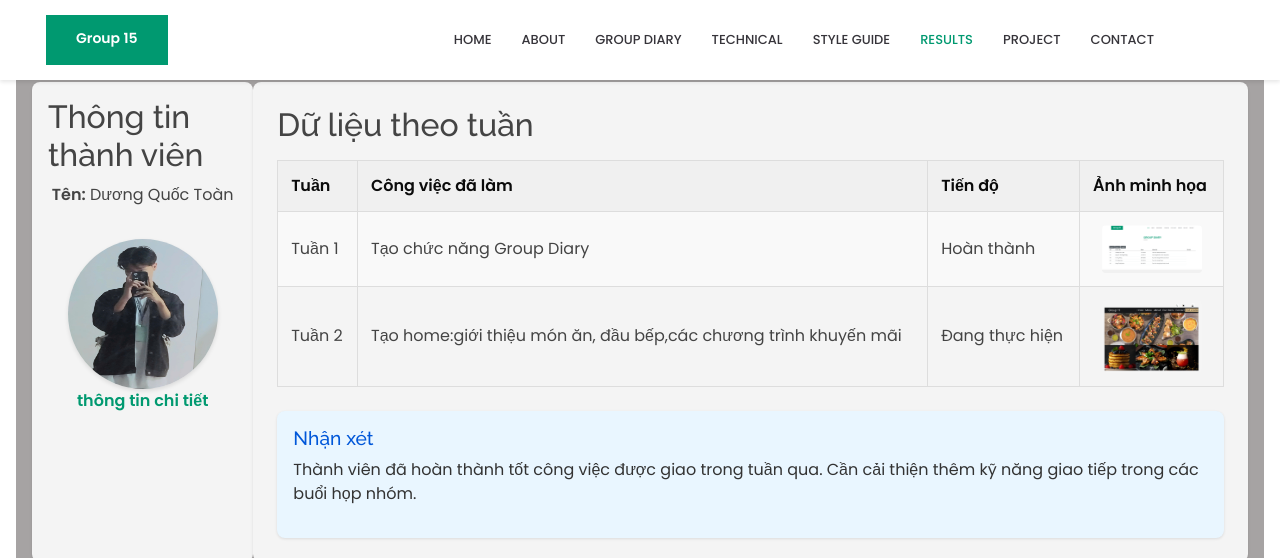
Repository: HoangKhangKhuPho4/Group_Web
Page: results.html
An editor plug-in stored every save of this project. The page is shown before and after the next save, followed by the edit.
The browser window is 1280 px wide. The pictures show the part of the page from y = 0 to 558 px (the page is 3187 px tall before and 3500 px after).
A picture or video elsewhere on the page could not be fetched, so the positions and the page height are approximate.

Above is the page before, as saved 2025-01-18 20:21:06.

### results.html
<!DOCTYPE html>
<html lang="en">
<head>
    <meta charset="UTF-8">
    <meta name="viewport" content="width=device-width, initial-scale=1.0">
    <title>Thông tin thành viên</title>
    <!-- Favicons -->
    <link href="assets/img/favicon.png" rel="icon" />
    <link href="assets/img/apple-touch-icon.png" rel="apple-touch-icon" />

    <!-- Google Fonts -->
    <link
      href="https://fonts.googleapis.com/css?family=Open+Sans:300,300i,400,400i,600,600i,700,700i|Raleway:300,300i,400,400i,500,500i,600,600i,700,700i|Poppins:300,300i,400,400i,500,500i,600,600i"
      rel="stylesheet"
    />

    <!-- Vendor CSS Files -->
    <link href="assets/vendor/aos/aos.css" rel="stylesheet" />
    <link
      href="assets/vendor/bootstrap/css/bootstrap.min.css"
      rel="stylesheet"
    />
    <link
      href="assets/vendor/bootstrap-icons/bootstrap-icons.css"
      rel="stylesheet"
    />
    <link href="assets/vendor/boxicons/css/boxicons.min.css" rel="stylesheet" />
    <link
      href="assets/vendor/glightbox/css/glightbox.min.css"
      rel="stylesheet"
    />
    <link href="assets/vendor/remixicon/remixicon.css" rel="stylesheet" />
    <link href="assets/vendor/swiper/swiper-bundle.min.css" rel="stylesheet" />

    <!-- Bootstrap Icons -->
    <link
      href="https://cdn.jsdelivr.net/npm/bootstrap-icons@1.10.5/font/bootstrap-icons.css"
      rel="stylesheet"
    />

    <!-- Template Main CSS File -->
    <link href="assets/css/style.css" rel="stylesheet" />
    <link rel="stylesheet" href="css\result.css">
</head>
<body>
    <!-- ======= Header ======= -->
    <header id="header" class="fixed-top d-flex align-items-center">
        <div class="container-header">
            <div class="header-container d-flex align-items-center justify-content-between">
                <div class="logo">
                    <h1 class="text-light">
                        <a href="index.html"><span>Group 15</span></a>
                    </h1>
                </div>

                <nav id="navbar" class="navbar">
                    <ul>
                        <li>
                            <a class="nav-link scrollto " href="index.html">Home</a>
                        </li>
                        <li><a class="nav-link scrollto" href="about.html">About</a></li>
                        <li>
                            <a class="nav-link scrollto" href="groupDiary.html">Group Diary</a>
                        </li>
                        <li>
                            <a class="nav-link scrollto" href="technical.html">Technical</a>
                        </li>
                        <li>
                            <a class="nav-link scrollto" href="styleguide.html">Style Guide</a>
                        </li>
                        <li>
                            <a class="nav-link scrollto active" href="results.html">Results</a>
                        </li>
                        <li>
                            <a class="nav-link scrollto" href="project.html">Project</a>
                        </li>
                        <li>
                            <a class="nav-link scrollto" href="contact.html">Contact</a>
                        </li>
                    </ul>
                    <i class="bi bi-list mobile-nav-toggle"></i>
                </nav>
                <!-- .navbar -->
            </div>
            <!-- End Header Container -->
        </div>
    </header>

    <div class="container-content">
        <div class="main-content">
            <div class="member-info">
                <h2>Thông tin thành viên</h2>
                <div class="member-card">
                    <p><strong>Tên:</strong> Dương Quốc Toàn</p>
                    <img src="assets/img/team/team-1.jpg" alt="Ảnh thành viên" class="member-photo">
                    <p><strong><a href="https://www.facebook.com/share/KgZ8NYxNgyUj9bbq/">thông tin chi tiết</a></strong></p>
                </div>
            </div>
            <div class="weekly-data">
                <h2>Dữ liệu theo tuần</h2>
                <table>
                    <thead>
                        <tr>
                            <th>Tuần</th>
                            <th>Công việc đã làm</th>
                            <th>Tiến độ</th>
                            <th>Ảnh minh họa</th>
                        </tr>
                    </thead>
                    <tbody>
                        <tr>
                            <td>Tuần 1</td>
                            <td>Tạo chức năng Group Diary</td>
                            <td>Hoàn thành</td>
                            <td>
                                <img src="img\project\groupDiary.png" alt="Ảnh tuần 1" class="week-photo">
                            </td>
                        </tr>
                        <tr>
                            <td>Tuần 2</td>
                            <td>Tạo home:giới thiệu món ăn, đầu bếp,các chương trình khuyến mãi</td>
                            <td>Đang thực hiện</td>
                            <td>
                                <img src="assets\img\project\Home_Group11_Figma.jpg" alt="Ảnh tuần 2" class="week-photo">
                            </td>
                        </tr>
                    </tbody>
                </table>
                <div class="feedback">
                    <h3>Nhận xét</h3>
                    <p>Thành viên đã hoàn thành tốt công việc được giao trong tuần qua. Cần cải thiện thêm kỹ năng giao tiếp trong các buổi họp nhóm.</p>
                </div>
            </div>
        </div>
        <div class="main-content">
            <div class="member-info">
                <h2>Thông tin thành viên</h2>
                <div class="member-card">
                    <p><strong>Tên:</strong> Đặng Thị Mỹ Hạnh</p>
                    <img src="assets/img/team/team-2.jpg" alt="Ảnh thành viên" class="member-photo">
                    <p><strong><a href="https://www.facebook.com/profile.php?id=100024623842401">thông tin chi tiết</a></strong></p>
                </div>
            </div>
            <div class="weekly-data">
                <h2>Dữ liệu theo tuần</h2>
                <table>
                    <thead>
                        <tr>
                            <th>Tuần</th>
                            <th>Công việc đã làm</th>
                            <th>Tiến độ</th>
                            <th>Ảnh minh họa</th>
                        </tr>
                    </thead>
                    <tbody>
                        <tr>
                            <td>Tuần 1</td>
                            <td>Tạo chức năng Style Guide, Result</td>
                            <td>Hoàn thành</td>
                            <td>
                                <img src="img\project\styleGiay.png" alt="Ảnh tuần 1" class="week-photo">
                            </td>
                        </tr>
                        <tr>
                            <td>Tuần 2</td>
                            <td>Tạo chức năng contact, đặt hàng online</td>
                            <td>Đang thực hiện</td>
                            <td>
                                <img src="img\project\contactFigma.jpg" alt="Ảnh tuần 2" class="week-photo">
                            </td>
                        </tr>
                    </tbody>
                </table>
                <div class="feedback">
                    <h3>Nhận xét</h3>
                    <p>Thành viên đã hoàn thành tốt công việc được giao trong tuần qua. Cần cải thiện thêm kỹ năng giao tiếp trong các buổi họp nhóm.</p>
                </div>
            </div>
        </div>
        <div class="main-content">
            <div class="member-info">
                <h2>Thông tin thành viên</h2>
                <div class="member-card">
                    <p><strong>Tên:</strong> Nguyễn Lê Hoàng Khang</p>
                    <img src="assets/img/team/team-3.png" alt="Ảnh thành viên" class="member-photo">
                    <p>
                        <strong>
                            <a href="https://www.facebook.com/profile.php?id=100088292157574&locale=vi_VN">Thông tin chi tiết</a>
                        </strong>
                    </p>
                    <p>
                        <strong>
                            <a href="result.html" class="btn btn-success">Result</a>
                        </strong>
                    </p>
                </div>
            </div>
            <div class="weekly-data">
                <h2>Dữ liệu theo tuần</h2>
                <div class="table-responsive">
                    <table class="table table-bordered text-center align-middle">
                        <thead class="table-light">
                            <tr>
                                <th>Tuần</th>
                                <th>Group Web</th>
                                <th>Project Web</th>
                                <th>Contribute to Group Web</th>
                                <th>Contribute to Project Web</th>
                                <th>Tiến độ</th>
                                <th>Ảnh minh họa</th>
                            </tr>
                        </thead>
                        <tbody>
                            <tr>
                                <td>Tuần 1</td>
                                <td>
                                    <a href="home.html">Tạo trang Home</a>,
                                    <a href="about.html">Chức năng About</a>
                                </td>
                                <td>Chưa thực hiện</td>
                                <td>
                                    <ul class="list-unstyled mb-0">
                                        <li>Thiết kế giao diện người dùng</li>
                                        <li>Phối hợp với backend</li>
                                    </ul>
                                </td>
                                <td>Chưa thực hiện</td>
                                <td>
                                    <div class="progress" style="height: 20px;">
                                        <div class="progress-bar bg-success" role="progressbar" style="width: 20%;" aria-valuenow="20" aria-valuemin="0" aria-valuemax="100">20%</div>
                                    </div>
                                </td>
                                <td>
                                    <img src="img/project/home.png" alt="Ảnh tuần 1" class="week-photo img-fluid">
                                </td>
                            </tr>
                            <tr>
                                <td>Tuần 2</td>
                                <td>Chưa thực hiện</td>
                                <td>
                                    <a href="blog.html">Tạo blog</a>,
                                    <a href="menu.html">Menu: Xem chi tiết món ăn</a>,
                                    <a href="payment.html">Thanh toán</a>,
                                    <a href="cart.html">Thêm vào giỏ Hàng</a>,
                                    <a href="service.html">Dịch Vụ</a>
                                </td>
                                <td>Chưa thực hiện</td>
                                <td>
                                    <ul class="list-unstyled mb-0">
                                        <li>Phát triển API cho dịch vụ</li>
                                        <li>Kiểm thử tính năng đặt hàng online</li>
                                    </ul>
                                </td>
                                <td>
                                    <div class="progress" style="height: 20px;">
                                        <div class="progress-bar bg-success" role="progressbar" style="width: 20%;" aria-valuenow="20" aria-valuemin="0" aria-valuemax="100">20%</div>
                                    </div>
                                </td>
                                <td>
                                    <img src="img/project/bolg.png" alt="Ảnh tuần 2" class="week-photo img-fluid">
                                </td>
                            </tr>
                            <!-- Thêm các hàng khác nếu cần -->
                        </tbody>
                    </table>
                </div>
                <div class="feedback mt-4">
                    <h3>Nhận xét</h3>
                    <p>Thành viên đã hoàn thành tốt công việc được giao trong tuần qua. Cần cải thiện thêm kỹ năng giao tiếp trong các buổi họp nhóm.</p>
                </div>
            </div>
        </div>
        <div class="main-content">
            <div class="member-info">
                <h2>Thông tin thành viên</h2>
                <div class="member-card">
                    <p><strong>Tên:</strong> Võ Hoàng Nam</p>
                    <img src="assets/img/team/team-4.jpg" alt="Ảnh thành viên" class="member-photo">
                    <p><strong><a href="https://www.facebook.com/profile.php?id=100053449847355&mibextid=kFxxJD">thông tin chi tiết</a></strong></p>
                </div>
            </div>
            <div class="weekly-data">
                <h2>Dữ liệu theo tuần</h2>
                <table>
                    <thead>
                        <tr>
                            <th>Tuần</th>
                            <th>Công việc đã làm</th>
                            <th>Tiến độ</th>
                            <th>Ảnh minh họa</th>
                        </tr>
                    </thead>
                    <tbody>
                        <tr>
                            <td>Tuần 1</td>
                            <td>Tạo chức năng Project</td>
                            <td>Hoàn thành</td>
                            <td>
                                <img src="img\project\project.png" alt="Ảnh tuần 1" class="week-photo">
                            </td>
                        </tr>
                        <tr>
                            <td>Tuần 2</td>
                            <td>Tạo chức năng book a table, search</td>
                            <td>Hoàn thành</td>
                            <td>
                                <img src="img\project\bookATable.png" alt="Ảnh tuần 2" class="week-photo">
                            </td>
                        </tr>
                    </tbody>
                </table>
                <div class="feedback">
                    <h3>Nhận xét</h3>
                    <p>Thành viên đã hoàn thành tốt công việc được giao trong tuần qua. Cần cải thiện thêm kỹ năng giao tiếp trong các buổi họp nhóm.</p>
                </div>
            </div>
        </div>
        <div class="main-content">
            <div class="member-info">
                <h2>Thông tin thành viên</h2>
                <div class="member-card">
                    <p><strong>Tên:</strong> Hà Huy Dũng</p>
                    <img src="assets/img/team/team-5.jpg" alt="Ảnh thành viên" class="member-photo">
                    <p><strong><a href="https://www.facebook.com/profile.php?id=100010432057735">thông tin chi tiết</a></strong></p>
                </div>
            </div>
            <div class="weekly-data">
                <h2>Dữ liệu theo tuần</h2>
                <table>
                    <thead>
                        <tr>
                            <th>Tuần</th>
                            <th>Công việc đã làm</th>
                            <th>Tiến độ</th>
                            <th>Ảnh minh họa</th>
                        </tr>
                    </thead>
                    <tbody>
                        <tr>
                            <td>Tuần 1</td>
                            <td>Tạo chức năng Technical, contact</td>
                            <td>Hoàn thành</td>
                            <td>
                                <img src="img\project\contact.png" alt="Ảnh tuần 1" class="week-photo">
                            </td>
                        </tr>
                        <tr>
                            <td>Tuần 2</td>
                            <td>Tạo chức năng login, thông tin khách hàng</td>
                            <td>Hoàn thành</td>
                            <td>
                                <img src="img\project\login1.jpg" alt="Ảnh tuần 2" class="week-photo">
                            </td>
                        </tr>
                    </tbody>
                </table>
                <div class="feedback">
                    <h3>Nhận xét</h3>
                    <p>Thành viên đã hoàn thành tốt công việc được giao trong tuần qua. Cần cải thiện thêm kỹ năng giao tiếp trong các buổi họp nhóm.</p>
                </div>
            </div>
        </div>
        <!-- End Contact Section -->
    <footer id="footer">
        <div class="footer-container">
            <div class="footer-column">
                <h4>About Us</h4>
                <p>
                    We are a team of passionate individuals dedicated to delivering the
                    best services to our clients. Our mission is to provide innovative
                    solutions and exceptional customer service.
                </p>
            </div>
            <div class="footer-column">
                <h4>Useful Links</h4>
                <ul>
                    <li><a href="index.html">Home</a></li>
                    <li><a href="about.html">About Us</a></li>
                    <li><a href="services.html">Services</a></li>
                    <li><a href="terms.html">Terms of Service</a></li>
                    <li><a href="privacy.html">Privacy Policy</a></li>
                </ul>
            </div>
            <div class="footer-column">
                <h4>Services</h4>
                <ul>
                    <li><a href="#">Web Design</a></li>
                    <li><a href="#">Web Development</a></li>
                    <li><a href="#">Marketing</a></li>
                    <li><a href="#">Graphic Design</a></li>
                    <li><a href="#">Technical Support</a></li>
                </ul>
            </div>
            <div class="footer-column">
                <h4>Contact Us</h4>
                <p>
                    123 ABC Street, XYZ District<br />
                    City, Country<br />
                    Phone: +84 123 456 789<br />
                    Email: info@example.com
                </p>
            </div>
        </div>
    </footer>
        <div class="footer-bottom">
            <div class="container d-md-flex py-4">
                <div class="me-md-auto text-center text-md-start">
                    <div class="copyright">
                        &copy; Copyright <strong><span>Group 15</span></strong>. All Rights Reserved
                    </div>
                    <div class="credits">Designed by <a href="#">Group 15</a></div>
                </div>
                <div class="social-links text-center text-md-right pt-3 pt-md-0">
                    <a href="#" class="twitter" title="Twitter"><i class="bx bxl-twitter"></i></a>
                    <a href="#" class="facebook" title="Facebook"><i class="bx bxl-facebook"></i></a>
                    <a href="#" class="instagram" title="Instagram"><i class="bx bxl-instagram"></i></a>
                    <a href="#" class="google-plus" title="Skype"><i class="bx bxl-skype"></i></a>
                    <a href="#" class="linkedin" title="LinkedIn"><i class="bx bxl-linkedin"></i></a>
                </div>
            </div>
        </div>


</div>
</body>

</html>

### css/result.css
/* styles.css */
body {
    font-family: Arial, sans-serif;
    margin: 0;
    padding: 0;
    background-color: #f9f9f9;
    font-family: 'Poppins', sans-serif;
    background-color: #f8f9fa;
}
header#header {
    height: 80px; /* Chiều cao header */
    position: fixed;
    top: 0;
    left: 0;
    width: 100%;
    z-index: 1000;
    background-color: #fff; /* Đặt màu nền để header không bị trong suốt */
    box-shadow: 0 2px 4px rgba(0, 0, 0, 0.1); /* Tùy chọn: thêm bóng cho header */
}
.container-header {
    max-width: 1200px;
    margin: 0 auto;
    padding: 1rem;
    background: white;
    border-radius: 8px;
    top: 0;
    left: 0;
    width: 100%;
    height: 80px; /* hoặc chiều cao tùy ý */
    position: fixed; /* Đảm bảo header cố định */
    z-index: 1000; /* Giữ header luôn trên cùng */
}
.container-content {
    margin: 0 auto;
    padding: 1rem;
    background: white;
    margin-top: 50px;
    border-radius: 8px;
}

.main-content {
    display: flex;
    background-color: #a6a3a3;
    padding-top: 0;
    padding: 1rem;

}
.member-info {
    flex: 0.5;
    background: #f4f4f4;
    padding: 1rem;
    box-shadow: 0 1px 3px rgba(0, 0, 0, 0.1);
    border-radius: 8px;
}
.member-card {
    text-align: center;
}
.member-photo {
    width: 150px;
    height: 150px;
    border-radius: 50%;
    margin-top: 1rem;
    box-shadow: 0 2px 4px rgba(0, 0, 0, 0.1);
}
.weekly-data {
    flex: 2.5;
    background: #f4f4f4;
    padding: 1.5rem;
    border-radius: 8px;
    box-shadow: 0 1px 3px rgba(0, 0, 0, 0.1);
}
table {
    text-align: center;
    width: 100%;
    border-collapse: collapse;
    margin-top: 1rem;
}
thead {
    background-color: #0057D9;
    color: rgb(11, 11, 11);
}
th, td {
    padding: 0.75rem;
    text-align: left;
    border: 1px solid #ddd;
}
.week-photo {
    width: 100px;
    height: auto;
    border-radius: 4px;
    display: block;
    margin: 0 auto;
}
tbody tr:nth-child(odd) {
    background-color: #f9f9f9;
}
tbody tr:nth-child(even) {
    background-color: #f4f4f4;
}
.weekly-data th, .weekly-data td {
    padding: 0.8rem;
    border: 1px solid #ddd;
    text-align: left;
}
.weekly-data th {
    background-color: #f0f0f0;
    font-weight: bold;
}
.feedback {
    margin-top: 1.5rem;
    padding: 1rem;
    background: #e9f6ff;
    border-radius: 8px;
    box-shadow: 0 1px 3px rgba(0, 0, 0, 0.1);
}
.feedback h3 {
    font-size: 1.2rem;
    margin-bottom: 0.5rem;
    color: #0057D9;
}
.feedback p {
    font-size: 1rem;
    line-height: 1.5;
    color: #333;
}
.footer {
    text-align: center;
    padding: 1rem;
    margin-top: 2rem;
    background: #0057D9;
    color: white;
    border-radius: 0 0 8px 8px;
}

Loaded but not shown: assets/vendor/aos/aos.css (library); assets/vendor/bootstrap/css/bootstrap.min.css (library); assets/vendor/bootstrap-icons/bootstrap-icons.css (library); assets/vendor/boxicons/css/boxicons.min.css (library); assets/vendor/glightbox/css/glightbox.min.css (library); assets/vendor/remixicon/remixicon.css (library); assets/vendor/swiper/swiper-bundle.min.css (library); assets/css/style.css (862 lines, source omitted)

After the next save:
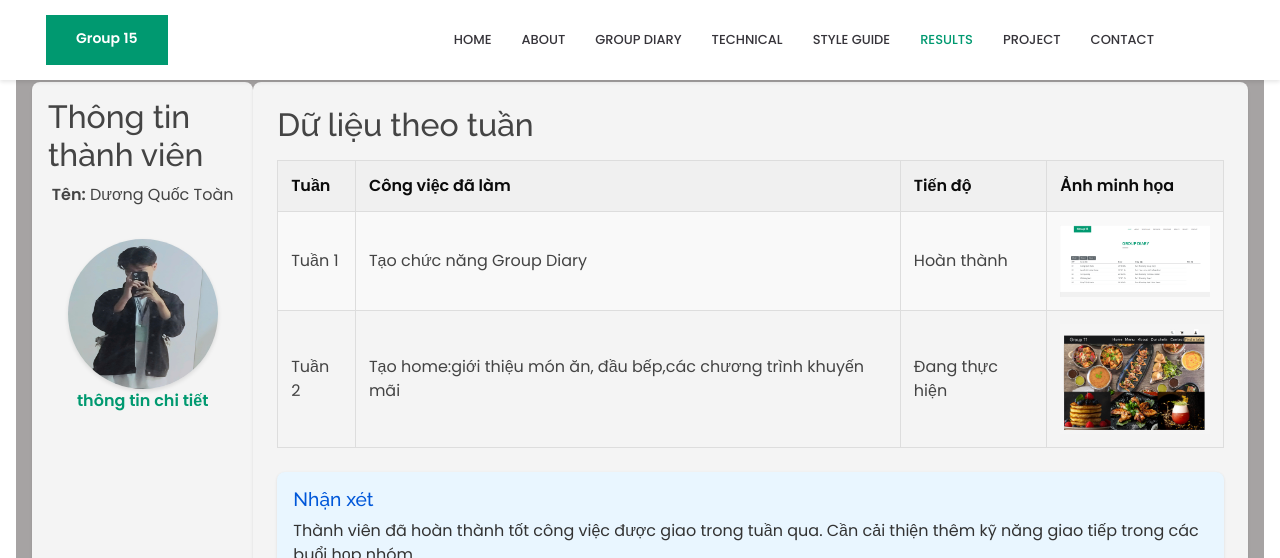
Saved 21 s later.
--- a/css/result.css
+++ b/css/result.css
@@ -85,11 +85,8 @@
     border: 1px solid #ddd;
 }
 .week-photo {
-    width: 100px;
+    max-width: 150px;
     height: auto;
-    border-radius: 4px;
-    display: block;
-    margin: 0 auto;
 }
 tbody tr:nth-child(odd) {
     background-color: #f9f9f9;

After the save that followed:
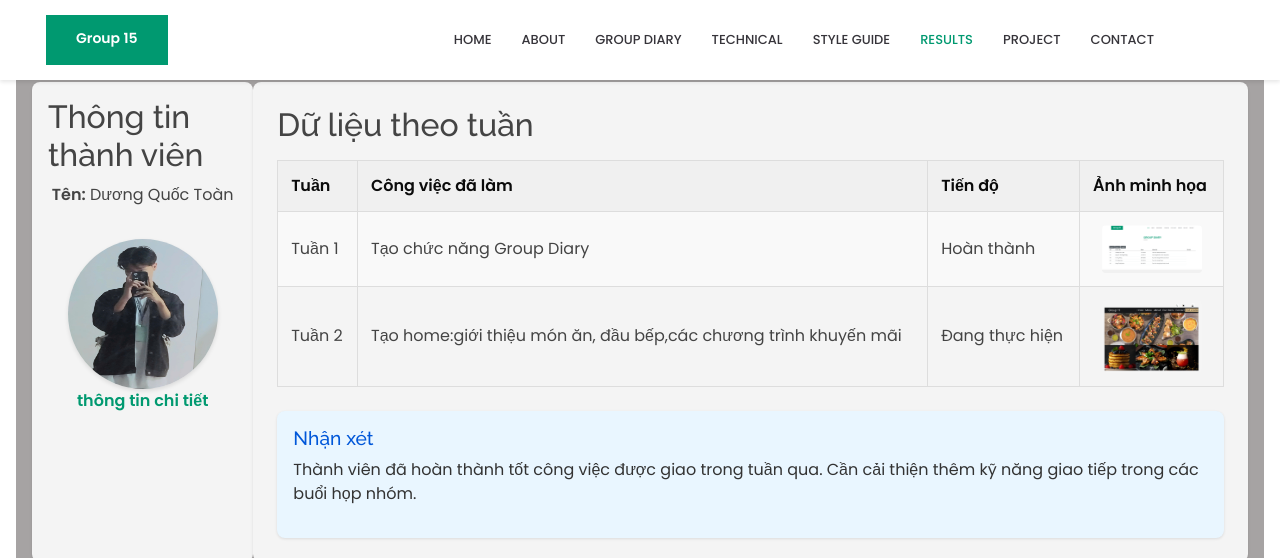
Saved 35 s later.
--- a/css/result.css
+++ b/css/result.css
@@ -85,8 +85,11 @@
     border: 1px solid #ddd;
 }
 .week-photo {
-    max-width: 150px;
+    width: 100px;
     height: auto;
+    border-radius: 4px;
+    display: block;
+    margin: 0 auto;
 }
 tbody tr:nth-child(odd) {
     background-color: #f9f9f9;
